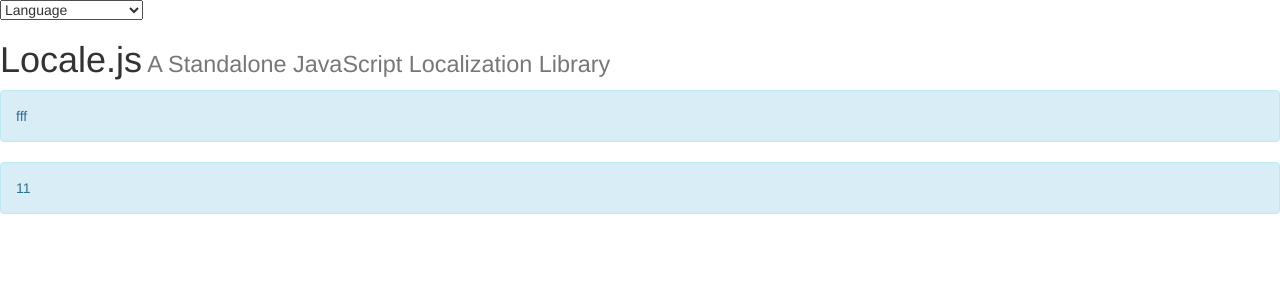
Repository: cwtuan/Locale.js
Page: example/index.html
The author's editor kept a record of every edit. The page is drawn from the files as they stood at one moment, then again after the next edit.
The browser window is 1280 px wide. The pictures show the whole page.
Some web libraries are served in a nearby version.

Above is the page before.

After the next edit:
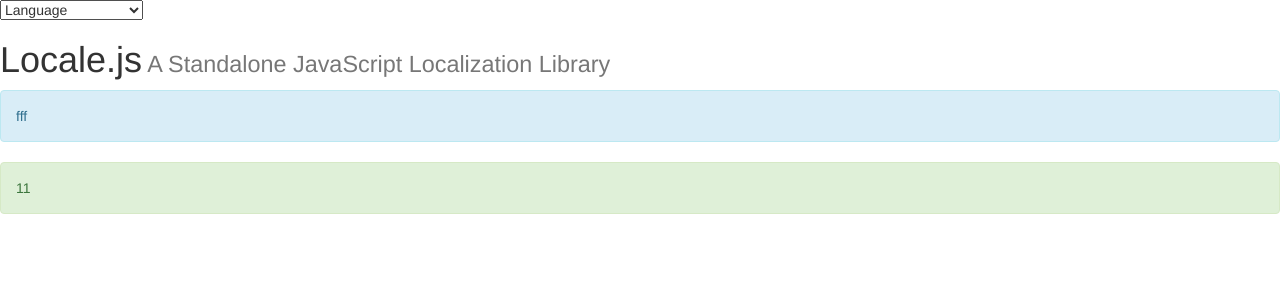
The edit:
--- a/example/index.html
+++ b/example/index.html
@@ -36,7 +36,7 @@
 
         <h1>Locale.js<small> A Standalone JavaScript Localization Library</small></h1>
         <div id="firstElement" class="alert alert-info">fff</div>
-        <div id="sencodElement" class="alert alert-info">11</div>
+        <div id="sencodElement" class="alert alert-success">11</div>
 
 
     </div>
